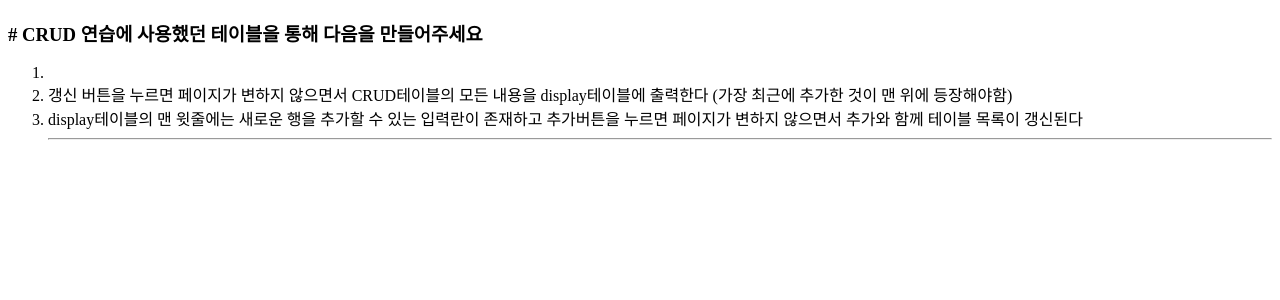
Repository: sirius455/spring-workspace
Page: http://localhost/Spring_REST/WEB-INF/views/ajax/crud_home.jsp
The author's editor kept a copy of each file at every save. The page is drawn from the files as they stood at one save, then again after the next save.
The browser window is 1280 px wide. The pictures show the whole page.
The page is served by Tomcat 9. Nobody is signed in. Other server files are loaded and not shown. The template is opened directly, without the code that normally fills it, so the values that code supplies are empty.

Above is the page before, as saved 2021-08-05 06:07:18.

### Spring_REST/src/main/webapp/WEB-INF/views/ajax/crud_home.jsp
<%@ page language="java" contentType="text/html; charset=EUC-KR"
    pageEncoding="EUC-KR"%>
<!DOCTYPE html>
<html>
<head>
<meta charset="EUC-KR">
<title>Insert title here</title>
</head>
<body>
	<h3># CRUD 연습에 사용했던 테이블을 통해 다음을 만들어주세요</h3>
<ol>
	<li>
		<li>
			갱신 버튼을 누르면 페이지가 변하지 않으면서 CRUD테이블의 모든 내용을 display테이블에 출력한다
			(가장 최근에 추가한 것이 맨 위에 등장해야함)
		</li>
	</li>
	<li>
	 	display테이블의 맨 윗줄에는 새로운 행을 추가할 수 있는 입력란이 존재하고
	 	추가버튼을 누르면 페이지가 변하지 않으면서 추가와 함께 테이블 목록이 갱신된다
	</li>
<ol></ol>

<hr>

<table id="display"></table>

</body>
</html>

After the next save:
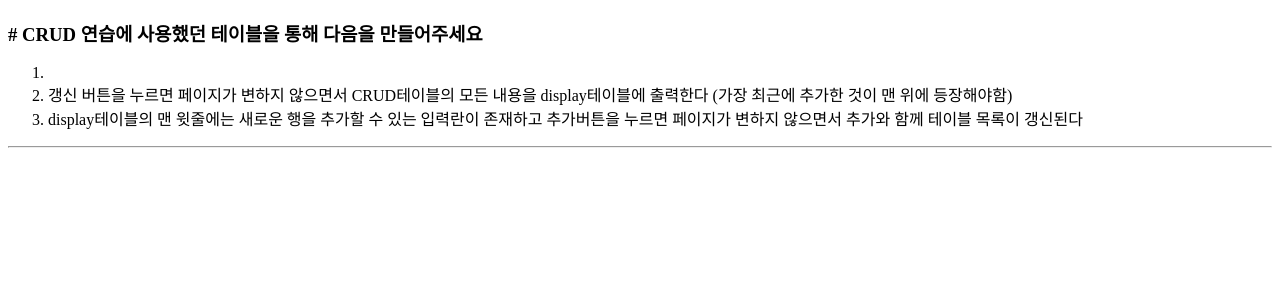
Saved 2 s later.
--- a/Spring_REST/src/main/webapp/WEB-INF/views/ajax/crud_home.jsp
+++ b/Spring_REST/src/main/webapp/WEB-INF/views/ajax/crud_home.jsp
@@ -19,7 +19,7 @@
 	 	display테이블의 맨 윗줄에는 새로운 행을 추가할 수 있는 입력란이 존재하고
 	 	추가버튼을 누르면 페이지가 변하지 않으면서 추가와 함께 테이블 목록이 갱신된다
 	</li>
-<ol></ol>
+</ol>
 
 <hr>
 
